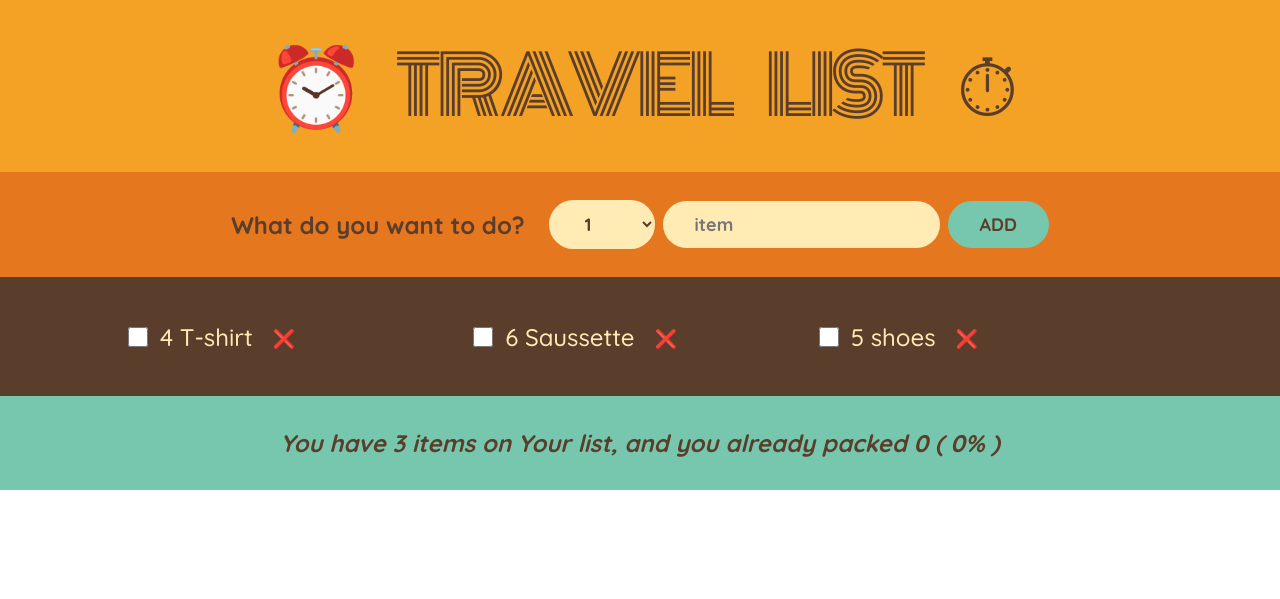
Repository: noemiepham/travel-list-react
Page: /
These files come from the project's save history. The page is drawn as it stood at one moment and after the next save; the edit follows.
The browser window is 1280 px wide. The pictures show the whole page.
The project was rebuilt for these pictures with package versions that can differ from the ones it lists, and the page was loaded fresh each time. Requests to the local data server were answered from the project's data file.

Above is the page before, as saved 2024-01-19 10:05:05.

### src/App.js
import { useEffect, useState } from "react";
/* const initialItems = [
  { id: 1, description: "Passports", quantity: 2, packed: false },
  { id: 2, description: "Socks", quantity: 12, packed: true },
  { id: 3, description: "Money", quantity: 10, packed: false },
  { id: 4, description: "Billets", quantity: 12, packed: true },
]; */

export default function App() {
  //const [notes, setNotes] = useState([]);
  const [items, setItems] = useState([]);
  useEffect(() => {
    fetch("http://localhost:9000/notes")
      .then((res) => res.json())
      .then((data) => setItems(data));
  }, []);

  console.log("data", items);

  function handleAddItems(item) {
    setItems((items) => [...items, item]);
  }

  function handleToggleItem(id) {
    setItems(
      items.map((item) =>
        item.id === id ? { ...item, packed: !item.packed } : item
      )
    );
  }
  const handleDelete = async (id) => {
    await fetch("http://localhost:9000/notes/" + id, {
      method: "DELETE",
    })
      .then((res) => res.json())
      .then((data) => console.log("delete: ", data));
    console.log("delet", items);
    const newItem = items.filter((item) => item.id !== id);
    setItems(newItem);
  };

  return (
    <div className="App">
      <Logo />
      <Form handleAddItems={handleAddItems} />
      <PackingList
        items={items}
        onToggleItem={handleToggleItem}
        onDelete={handleDelete}
      />
      <Stats items={items} />
    </div>
  );
}

function Logo() {
  return <h1> ⏰ Travel List ⏱ </h1>;
}
const isFormValid = (item) => {
  return item.description;
};
function Form({ handleAddItems }) {
  const initialFormState = {
    id: undefined,
    description: "",
    quantity: 1,
    packed: false,
  };
  const [notes, setNotes] = useState(initialFormState);
  //  const [description, setDescription] = useState("");
  //const [quantity, setQuantity] = useState(1);

  function handleSubmit(event) {
    event.preventDefault();

    //if (!notes) return;

    if (isFormValid(notes)) {
      console.log("gdsgdsg");
      fetch("http://localhost:9000/notes", {
        method: "POST",
        headers: { "content-type": "application/json" },
        body: JSON.stringify(notes),
      })
        .then((res) => res.json())
        .then((item) => {
          handleAddItems(item);
          setNotes(initialFormState);
        });
    }
    /*
    const newItem = { description, quantity, packed: false, id: Date.now() };
    console.log(newItem);
    console.log(event.target);

    handleAddItems(newItem); */
  }
  return (
    <form className="add-form" onSubmit={handleSubmit}>
      <h3>What do you want to do?</h3>
      <select
        value={notes.quantity}
        onChange={(event) =>
          setNotes({ ...notes, quantity: event.target.value })
        }
      >
        {Array.from({ length: 20 }, (_, i) => i + 1).map((num) => (
          <option value={num} key={num}>
            {num}
          </option>
        ))}
      </select>
      <input
        type="text"
        placeholder="item"
        value={notes.description}
        onChange={(event) =>
          setNotes({ ...notes, description: event.target.value })
        }
      />
      <button type="submit">Add</button>
    </form>
  );
}

function PackingList({ items, onToggleItem, onDelete }) {
  return (
    <div className="list">
      <ul>
        {items.map((item) => (
          <List
            item={item}
            key={item.id}
            onToggleItem={onToggleItem}
            onDelete={onDelete}
          />
        ))}
      </ul>
    </div>
  );
}

function List({ item, onToggleItem, onDelete }) {
  //console.log("list", item.packed);
  return (
    <li>
      <input type="checkbox" onClick={() => onToggleItem(item.id)} />
      <span style={item.packed ? { textDecoration: "line-through" } : {}}>
        {item.quantity} {item.description}
      </span>
      <button onClick={() => onDelete(item.id)}>❌</button>
    </li>
  );
}
function Stats({ items }) {
  if (!items.length)
    return (
      <div className="stats">
        {" "}
        Start adding some items to your packing list 🏠
      </div>
    );

  const numItems = items.length;
  const numPacked = items.filter((item) => item.packed).length;
  const percentage = Math.round((numPacked / numItems) * 100);
  //console.log("footer", items);
  return (
    <footer className="stats" key={items.id}>
      <em>
        {percentage === 100
          ? "you got everything! Ready to go ✈️"
          : `
        You have ${numItems} items on Your list, and you already packed
        ${numPacked} ( ${percentage}% )`}
      </em>
    </footer>
  );
}

### db.json
{
  "notes": [{
      "id": 1,
      "quantity": 4,
      "description": "T-shirt"
    },
    {
      "id": 2,
      "quantity": 6,
      "description": "Saussette"
    },
    {
      "id": 3,
      "quantity": 5,
      "description": "shoes"
    }
  ]
}

Loaded but not shown: public/index.html (common file); src/index.js (common file); src/index.css (common file)

After the next save:
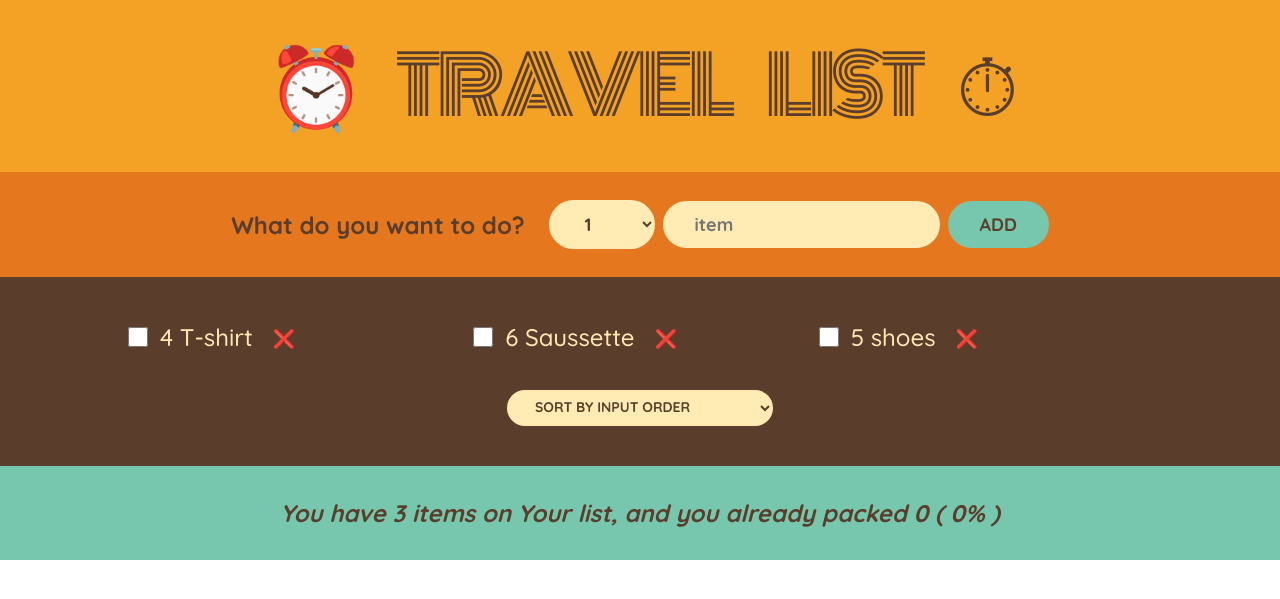
Saved 14 min 15 s later.
--- a/src/App.js
+++ b/src/App.js
@@ -136,6 +136,13 @@ function PackingList({ items, onToggleItem, onDelete }) {
           />
         ))}
       </ul>
+      <div className="action">
+        <select>
+          <option value="input">Sort by input order</option>
+          <option value="description">Sort by input description</option>
+          <option value="packed">Sort by packed status</option>
+        </select>
+      </div>
     </div>
   );
 }
